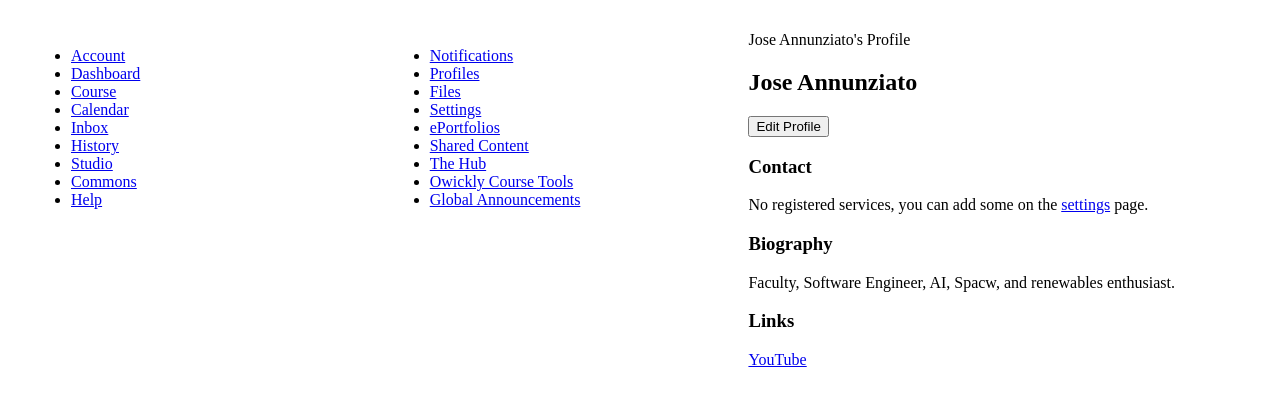
Repository: yuqiant/kanbas-react-web-app
Page: public/kanbas/profile/edit.html
The author's editor kept a copy of each file at every save. The page is drawn from the files as they stood at one save, then again after the next save.
The browser window is 1280 px wide. The pictures show the whole page.

Above is the page before, as saved 2023-09-14 20:55:30.

### public/kanbas/profile/edit.html
<!DOCTYPE html>
<html lang="en">

<head>
    <meta charset="UTF-8">
    <meta name="viewport" content="width=device-width, initial-scale=1.0">
    <title>Column Interaction</title>
    <style>
        table {
            width: 100%;

        }

        td {
            width: 50%;
            border: 1px solid transparent;
            padding: 20px;
            vertical-align: top;
        }
    </style>
</head>

<body>
    <table>
        <tr>
            <td id="firstColumn" style="width: 150px;">
                <ul>
                    <li><a href="#">Account</a></li>
                    <li><a href="#">Dashboard</a></li>
                    <li><a href="#">Course</a></li>
                    <li><a href="#">Calendar</a></li>
                    <li><a href="#">Inbox</a></li>
                    <li><a href="#">History</a></li>
                    <li><a href="#">Studio</a></li>
                    <li><a href="#">Commons</a></li>
                    <li><a href="#">Help</a></li>
                </ul>
            </td>
            <td id="secondColumn" style="width: 150px;">
                <ul>
                    <li><a href="#">Notifications</a></li>
                    <li><a href="#">Profiles</a></li>
                    <li><a href="#">Files</a></li>
                    <li><a href="#">Settings</a></li>
                    <li><a href="#">ePortfolios</a></li>
                    <li><a href="#">Shared Content</a></li>
                    <li><a href="#">The Hub</a></li>
                    <li><a href="#">Owickly Course Tools</a></li>
                    <li><a href="#">Global Announcements</a></li>

                </ul>
            </td>
            <td id="thirdColumn" style="width: 250px;">
                <div>Jose Annunziato's Profile</div>

                <h2>Jose Annunziato</h2>
                <form action="/profile/edit.html" method="get">
                    <button type="edit">Edit Profile</button>
                </form>

                <h3>Contact</h3>
                <div>No registered services, you can add some on the <a href="#">settings</a> page.</div>

                <h3>Biography</h3>
                <div>Faculty, Software Engineer, AI, Spacw, and renewables enthusiast.</div>

                <h3>Links</h3>
                <div><a href="#">YouTube</a></div>

            </td>

        </tr>
    </table>

</body>

</html>

After the next save:
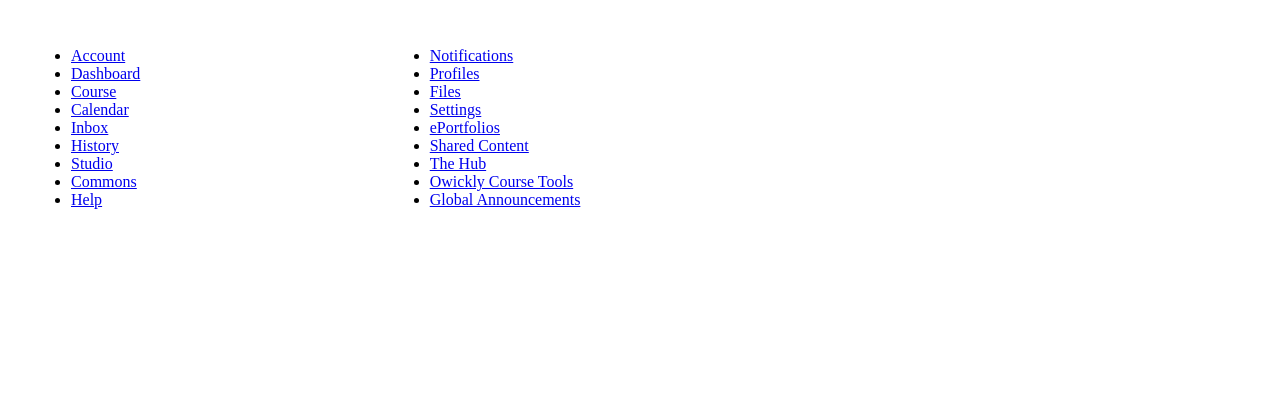
Saved 28 min 50 s later.
--- a/public/kanbas/profile/edit.html
+++ b/public/kanbas/profile/edit.html
@@ -51,21 +51,7 @@
                 </ul>
             </td>
             <td id="thirdColumn" style="width: 250px;">
-                <div>Jose Annunziato's Profile</div>
-
-                <h2>Jose Annunziato</h2>
-                <form action="/profile/edit.html" method="get">
-                    <button type="edit">Edit Profile</button>
-                </form>
-
-                <h3>Contact</h3>
-                <div>No registered services, you can add some on the <a href="#">settings</a> page.</div>
-
-                <h3>Biography</h3>
-                <div>Faculty, Software Engineer, AI, Spacw, and renewables enthusiast.</div>
-
-                <h3>Links</h3>
-                <div><a href="#">YouTube</a></div>
+                <h2></h2>
 
             </td>
 
